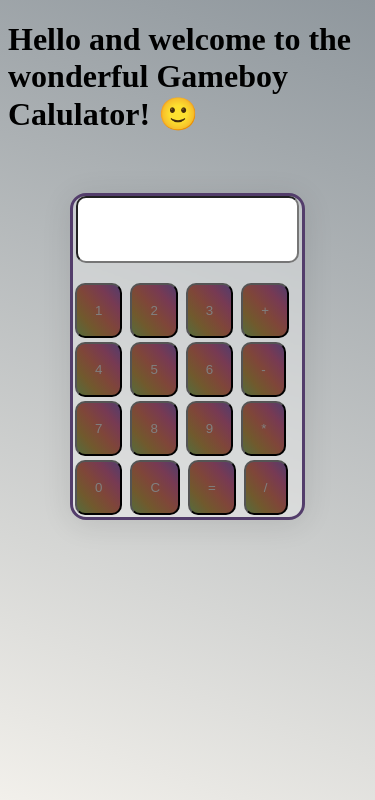
Repository: CrazyPaine/GameBoy-Calculator
Page: index.html
These files come from the project's save history. The page is drawn as it stood at one moment and after the next save; the edit follows.
The browser window is 375 px wide. The pictures show the whole page.

Above is the page before, as saved 2024-02-04 19:54:44.

After the next save:
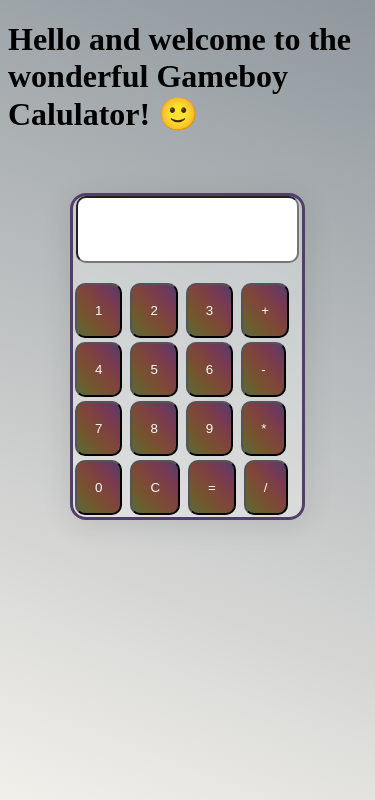
Saved 9 min 53 s later.
--- a/styles.css
+++ b/styles.css
@@ -60,7 +60,7 @@ body {
 .button {
     background-image: linear-gradient(to left bottom, #533d6b, #773a53, #7f4639, #71592d, #556b3d);
     border-radius: 10px;
-    color: #808080;
+    color: #F8F9FA;
     padding: 18px;
     min-height: fit-content;
     max-width: fit-content;
